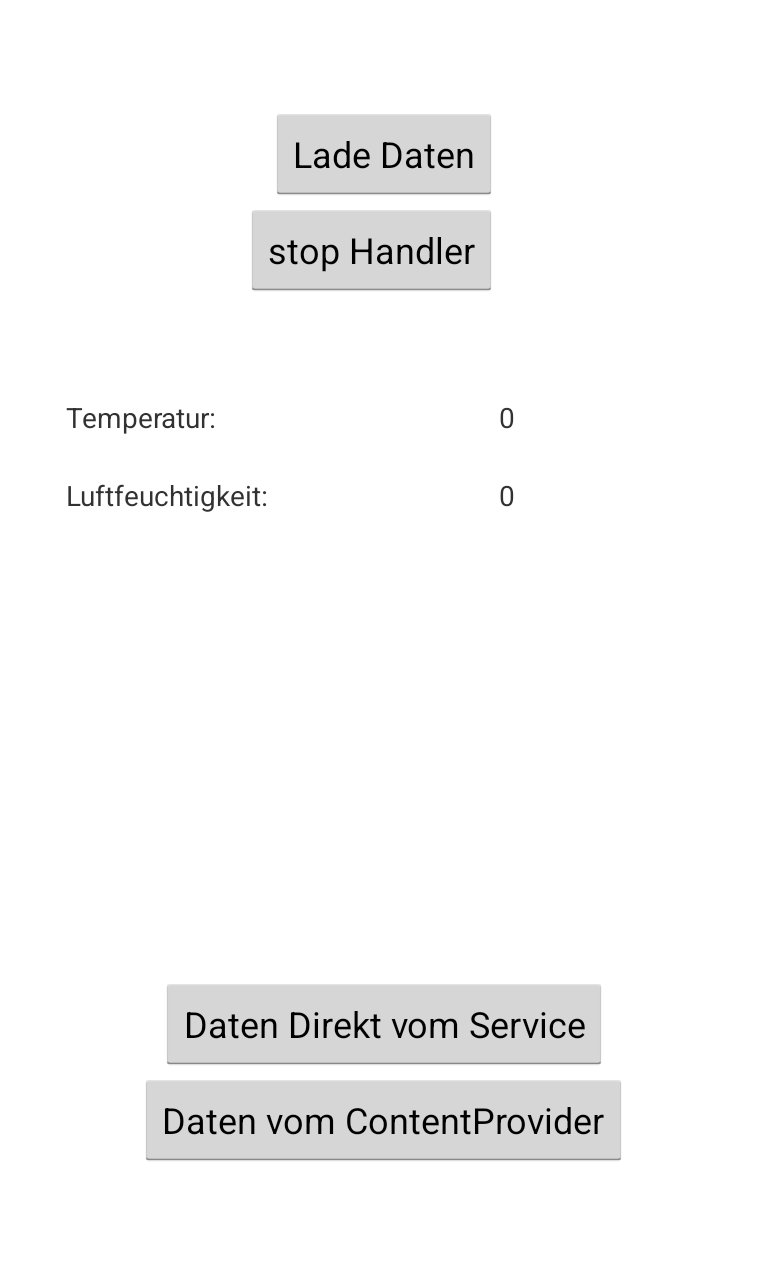
Repository: Fabbinde/Greenhouse
Layout: GreenHouseAppNew2015/res/layout/activity_main.xml
An editor plug-in stored every save of this project. The layout is shown before and after the next save, followed by the edit.
It is drawn on a 768 x 1280 px phone screen (xhdpi) without system bars, with theme AppTheme; the app's code is not run.

Above is the layout before, as saved 2015-01-13 22:12:37.

### GreenHouseAppNew2015/res/layout/activity_main.xml
<RelativeLayout xmlns:android="http://schemas.android.com/apk/res/android"
    xmlns:tools="http://schemas.android.com/tools"
    android:layout_width="match_parent"
    android:layout_height="match_parent"
    android:paddingBottom="@dimen/activity_vertical_margin"
    android:paddingLeft="@dimen/activity_horizontal_margin"
    android:paddingRight="@dimen/activity_horizontal_margin"
    android:paddingTop="@dimen/activity_vertical_margin"
    tools:context="de.htwg.greenhouseApp.MainActivity" >

    <Button
        android:id="@+id/buttonLoadData"
        android:layout_width="wrap_content"
        android:layout_height="wrap_content"
        android:layout_alignParentTop="true"
        android:layout_centerHorizontal="true"
        android:layout_marginTop="37dp"
        android:text="Lade Daten" />

    <TextView
        android:id="@+id/textView1"
        android:layout_width="wrap_content"
        android:layout_height="wrap_content"
        android:layout_alignParentLeft="true"
        android:layout_below="@+id/buttonLoadData"
        android:layout_marginLeft="17dp"
        android:layout_marginTop="98dp"
        android:text="Temperatur:" />

    <TextView
        android:id="@+id/textView2"
        android:layout_width="wrap_content"
        android:layout_height="wrap_content"
        android:layout_alignLeft="@+id/textView1"
        android:layout_below="@+id/textView1"
        android:layout_marginTop="20dp"
        android:text="Luftfeuchtigkeit:" />

    <TextView
        android:id="@+id/textViewTemp"
        android:layout_width="wrap_content"
        android:layout_height="wrap_content"
        android:layout_alignBottom="@+id/textView1"
        android:layout_toRightOf="@+id/buttonLoadData"
        android:text="0" />

    <TextView
        android:id="@+id/textViewHumi"
        android:layout_width="wrap_content"
        android:layout_height="wrap_content"
        android:layout_alignBottom="@+id/textView2"
        android:layout_alignRight="@+id/textViewTemp"
        android:text="0" />

    <Button
        android:id="@+id/buttonStopHandler"
        android:layout_width="wrap_content"
        android:layout_height="wrap_content"
        android:layout_alignRight="@+id/buttonLoadData"
        android:layout_below="@+id/buttonLoadData"
        android:text="stop Handler" />

    <Button
        android:id="@+id/buttonLoadDataDirectFromService"
        android:layout_width="wrap_content"
        android:layout_height="wrap_content"
        android:layout_above="@+id/buttonLoadDataFromContentProvider"
        android:layout_centerHorizontal="true"
        android:text="Daten Direkt vom Service" />

    <Button
        android:id="@+id/buttonLoadDataFromContentProvider"
        android:layout_width="wrap_content"
        android:layout_height="wrap_content"
        android:layout_alignParentBottom="true"
        android:layout_centerHorizontal="true"
        android:layout_marginBottom="40dp"
        android:text="Daten vom ContentProvider" />

</RelativeLayout>

Loaded but not shown: GreenHouseAppNew2015/res/values/styles.xml (common file); GreenHouseAppNew2015/res/values-v11/styles.xml (common file); GreenHouseAppNew2015/res/values-v14/styles.xml (common file); GreenHouseAppNew2015/res/values/dimens.xml (common file); GreenHouseAppNew2015/res/values-w820dp/dimens.xml (common file)

After the next save:
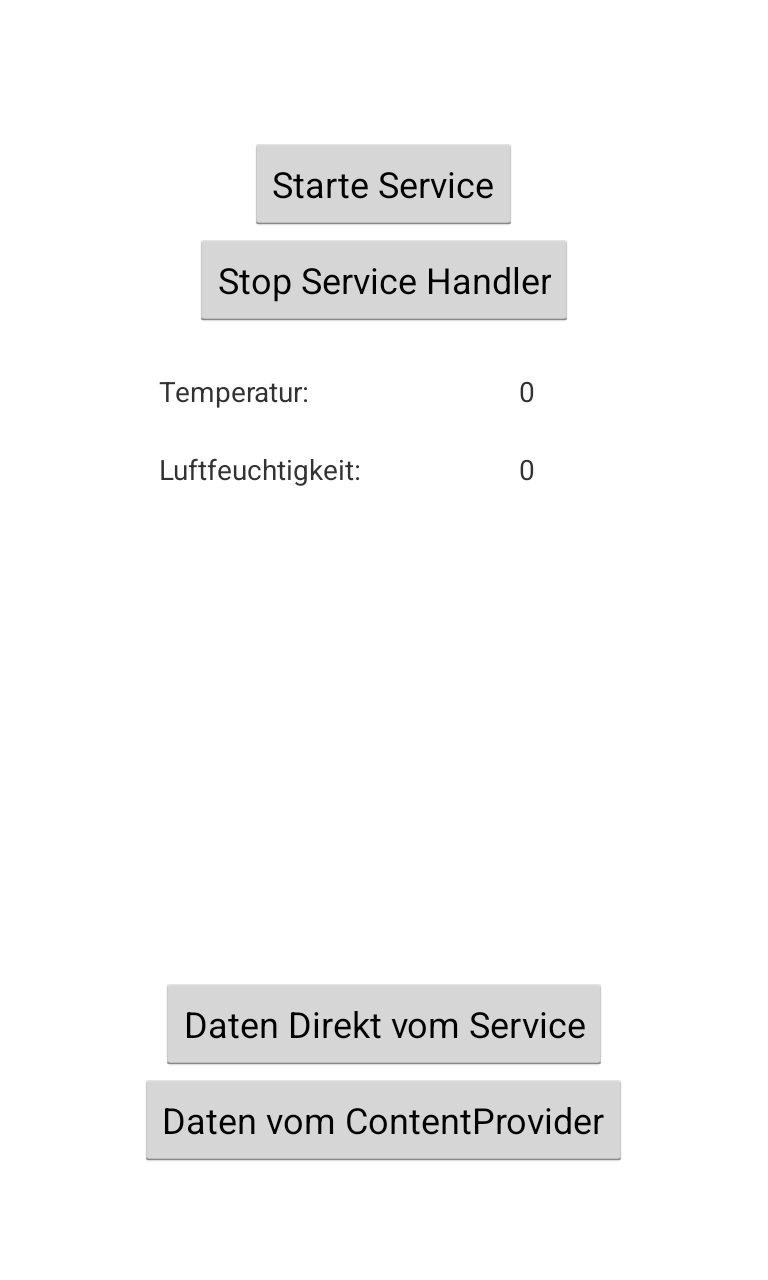
Saved 25 s later.
--- a/GreenHouseAppNew2015/res/layout/activity_main.xml
+++ b/GreenHouseAppNew2015/res/layout/activity_main.xml
@@ -7,25 +7,6 @@
     android:paddingRight="@dimen/activity_horizontal_margin"
     android:paddingTop="@dimen/activity_vertical_margin"
     tools:context="de.htwg.greenhouseApp.MainActivity" >
-
-    <Button
-        android:id="@+id/buttonLoadData"
-        android:layout_width="wrap_content"
-        android:layout_height="wrap_content"
-        android:layout_alignParentTop="true"
-        android:layout_centerHorizontal="true"
-        android:layout_marginTop="37dp"
-        android:text="Lade Daten" />
-
-    <TextView
-        android:id="@+id/textView1"
-        android:layout_width="wrap_content"
-        android:layout_height="wrap_content"
-        android:layout_alignParentLeft="true"
-        android:layout_below="@+id/buttonLoadData"
-        android:layout_marginLeft="17dp"
-        android:layout_marginTop="98dp"
-        android:text="Temperatur:" />
 
     <TextView
         android:id="@+id/textView2"
@@ -41,7 +22,7 @@
         android:layout_width="wrap_content"
         android:layout_height="wrap_content"
         android:layout_alignBottom="@+id/textView1"
-        android:layout_toRightOf="@+id/buttonLoadData"
+        android:layout_toRightOf="@+id/buttonStartService"
         android:text="0" />
 
     <TextView
@@ -51,14 +32,6 @@
         android:layout_alignBottom="@+id/textView2"
         android:layout_alignRight="@+id/textViewTemp"
         android:text="0" />
-
-    <Button
-        android:id="@+id/buttonStopHandler"
-        android:layout_width="wrap_content"
-        android:layout_height="wrap_content"
-        android:layout_alignRight="@+id/buttonLoadData"
-        android:layout_below="@+id/buttonLoadData"
-        android:text="stop Handler" />
 
     <Button
         android:id="@+id/buttonLoadDataDirectFromService"
@@ -77,4 +50,30 @@
         android:layout_marginBottom="40dp"
         android:text="Daten vom ContentProvider" />
 
+    <Button
+        android:id="@+id/buttonStopHandler"
+        android:layout_width="wrap_content"
+        android:layout_height="wrap_content"
+        android:layout_below="@+id/buttonStartService"
+        android:layout_centerHorizontal="true"
+        android:text="Stop Service Handler" />
+
+    <Button
+        android:id="@+id/buttonStartService"
+        android:layout_width="wrap_content"
+        android:layout_height="wrap_content"
+        android:layout_alignParentTop="true"
+        android:layout_centerHorizontal="true"
+        android:layout_marginTop="52dp"
+        android:text="Starte Service" />
+
+    <TextView
+        android:id="@+id/textView1"
+        android:layout_width="wrap_content"
+        android:layout_height="wrap_content"
+        android:layout_alignLeft="@+id/buttonLoadDataDirectFromService"
+        android:layout_below="@+id/buttonStartService"
+        android:layout_marginTop="70dp"
+        android:text="Temperatur:" />
+
 </RelativeLayout>
